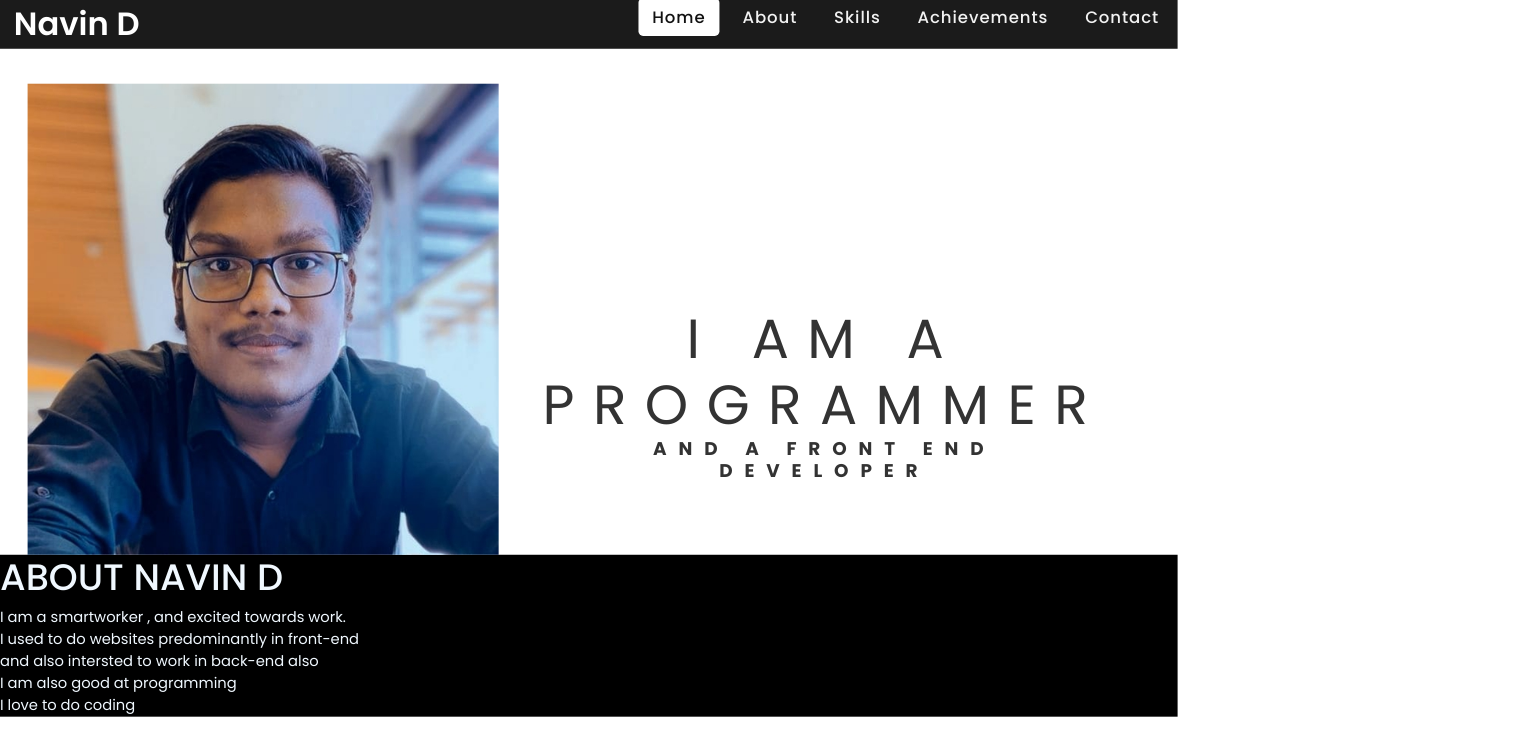
Repository: NavinDayanithi/OIBSIP
Page: Portfolio/index.html
These files come from the project's save history. The page is drawn as it stood at one moment and after the next save; the edit follows.
The browser window is 1280 px wide. The page is 1280 px wide, then 1664 px, so the pictures cover 1664 px, including what lies to the right of the window. The pictures show the whole page, at 92% of full size.

Above is the page before, as saved 2023-02-20 18:48:56.
Console error: TypeError: Cannot read properties of undefined (reading 'fn')

After the next save:
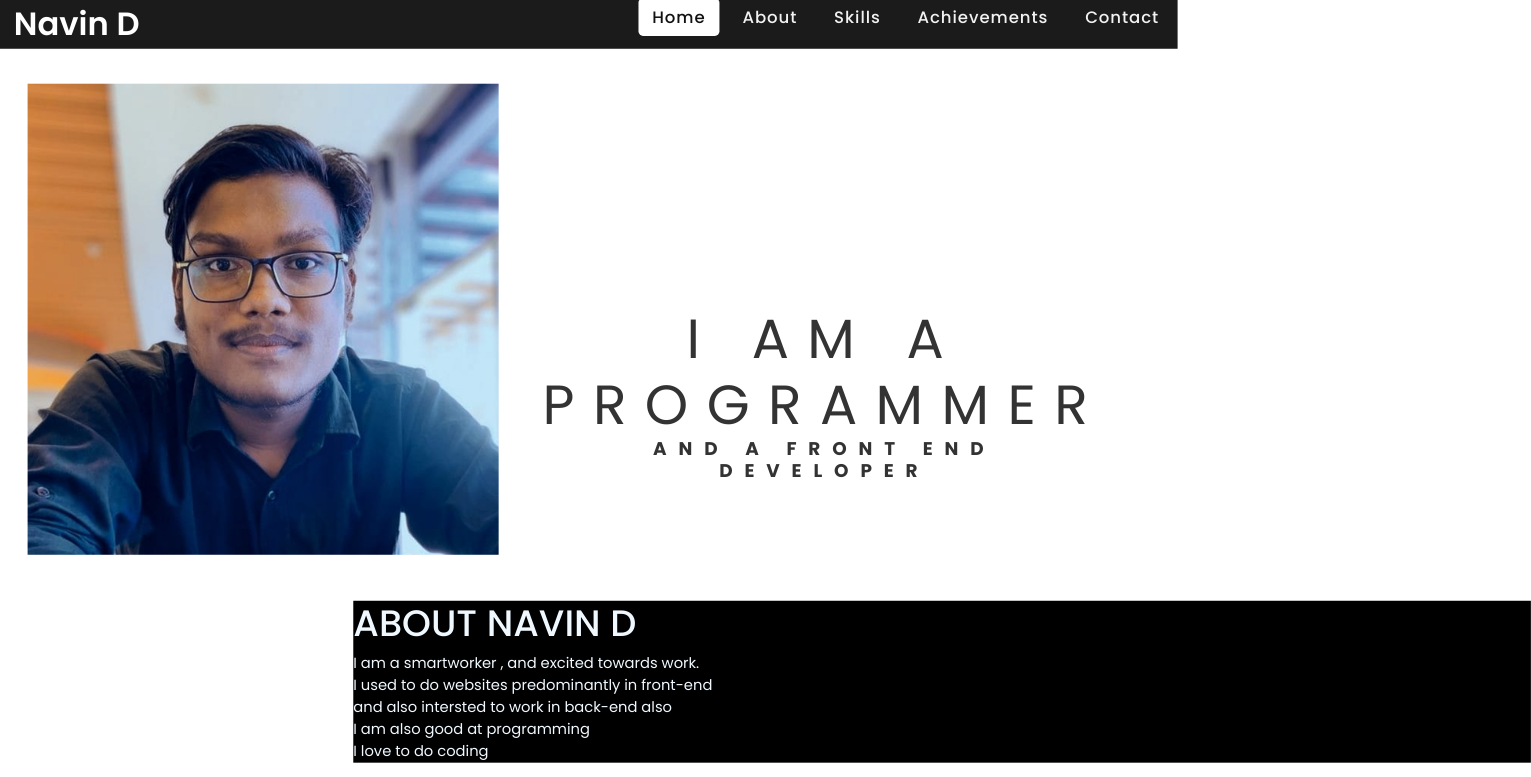
Saved 12 s later.
--- a/Portfolio/style.css
+++ b/Portfolio/style.css
@@ -208,6 +208,8 @@
     height: 100%;
     width: 100%;
     color: aliceblue;
+    margin-top: 50px;
+    margin-left: 30%;
   }
 /* .about-text{
     position: absolute;
